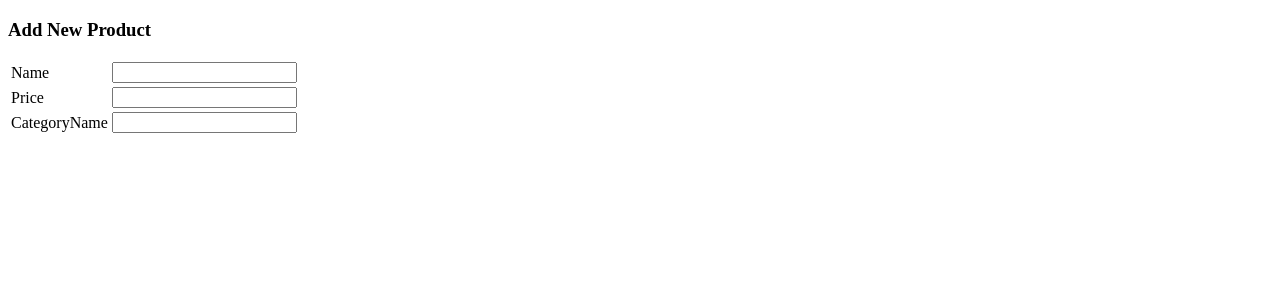
Repository: zuzinmeko/maven_project
Page: http://localhost/05-java-bean/
These files come from the project's save history. The page is drawn as it stood at one moment and after the next save; the edit follows.
The browser window is 1280 px wide. The pictures show the whole page.
The page is served by Tomcat 9.

Above is the page before, as saved 2020-12-17 11:09:53.

After the next save:
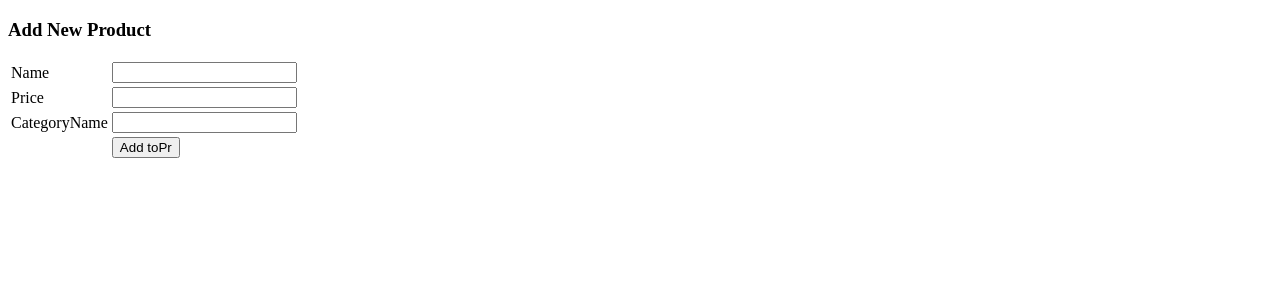
Saved 31 s later.
--- a/05-java-bean/src/main/webapp/index.jsp
+++ b/05-java-bean/src/main/webapp/index.jsp
@@ -19,7 +19,7 @@
 		<tr>
 			<td>Price</td>
 			<td>
-			<input type="text" name="price" />
+			<input type="number" name="price" />
 			</td>
 		</tr>
 		<tr>
@@ -31,6 +31,7 @@
 		<tr>
 			<td></td>
 			<td>
+			<button>Add toPr</button>
 			</td>
 		</tr>
 	</table>
